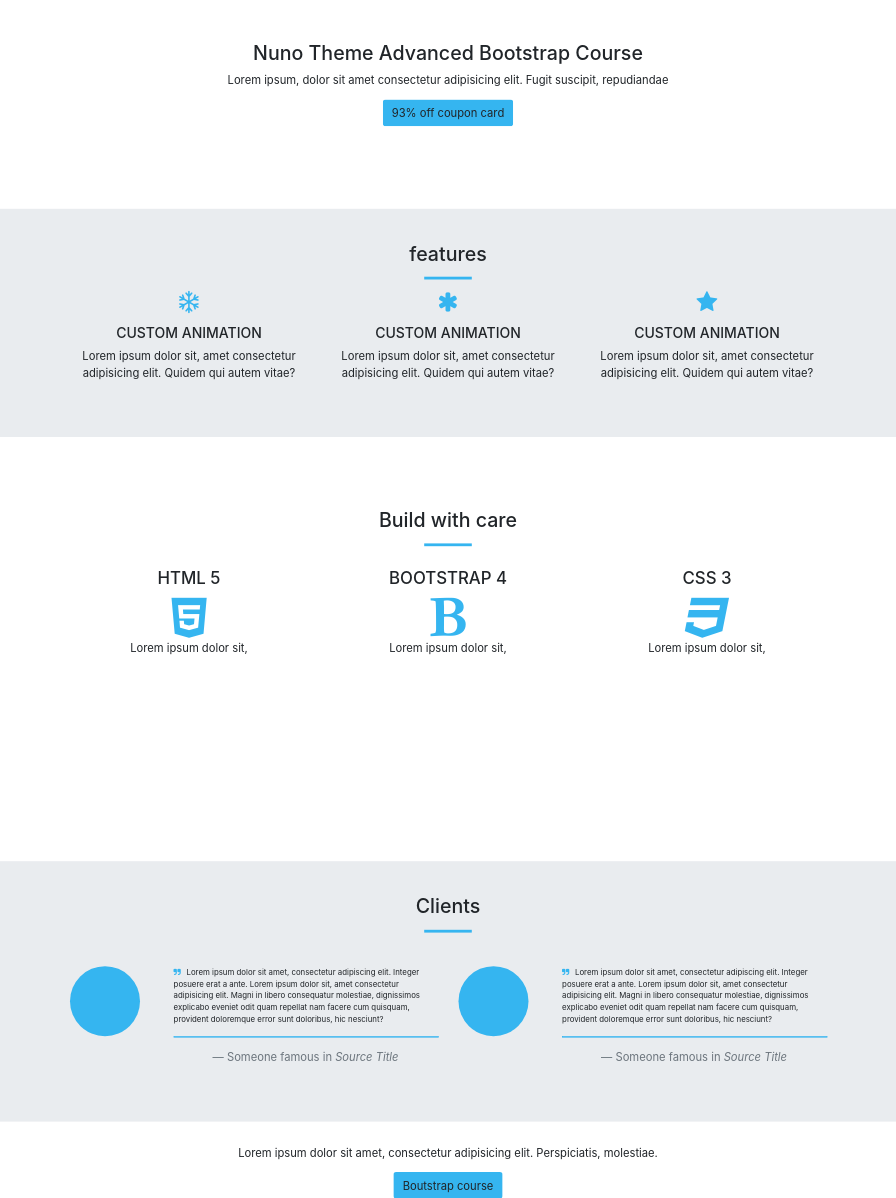
Repository: Mietlicha/bootstrap_template_exercise
Page: index.html
These files come from the project's save history. The page is drawn as it stood at one moment and after the next save; the edit follows.
The browser window is 1280 px wide. The pictures show the part of the page from y = 706 to 2626 px (the page is 2418 px tall before and 2626 px after), at 70% of full size.

Above is the page before, as saved 2019-11-19 23:25:45.

### index.html
<!DOCTYPE html>
<html lang="en">

<head>
    <meta charset="UTF-8">
    <meta name="viewport" content="width=device-width, initial-scale=1.0">
    <meta http-equiv="X-UA-Compatible" content="ie=edge">
    <title>Bootstrap template</title>
    <link rel="stylesheet" href="https://stackpath.bootstrapcdn.com/bootstrap/4.3.1/css/bootstrap.min.css"
        integrity="sha384-ggOyR0iXCbMQv3Xipma34MD+dH/1fQ784/j6cY/iJTQUOhcWr7x9JvoRxT2MZw1T" crossorigin="anonymous">
    <link rel="stylesheet" href="style.css">
    <link rel="stylesheet" href="https://cdnjs.cloudflare.com/ajax/libs/font-awesome/4.7.0/css/font-awesome.min.css">
</head>

<body data-spy="scroll" data-target="#main-nav">
    <!--------------------nav/home-------------------------------------------------------------------->
    <nav id="main-nav" class="navbar navbar-expand-md navbar-dark bg-dark font-weight-bold fixed-top">
        <a class="navbar-brand" href="#"><i class="fa fa-grav mr-2" aria-hidden="true"></i>Nuno</a>
        <button class="navbar-toggler" type="button" data-toggle="collapse" data-target="#navbarSupportedContent"
            aria-controls="navbarSupportedContent" aria-expanded="false" aria-label="Toggle navigation">
            <span class="navbar-toggler-icon"></span>
        </button>

        <div class="collapse navbar-collapse" id="navbarSupportedContent">
            <ul class="navbar-nav ml-auto">
                <li class="nav-item">
                    <a class="nav-link" href="#home">Home</a>
                </li>
                <li class="nav-item">
                    <a class="nav-link" href="#course">Course</a>
                </li>
                <li class="nav-item">
                    <a class="nav-link" href="#feature">Features</a>
                </li>
                <li class="nav-item">
                    <a class="nav-link" href="#resources">Resorses</a>
                </li>
                <li class="nav-item">
                    <a class="nav-link" href="#client">Client</a>
                </li>
                <li class="nav-item">
                    <a class="nav-link" href="#contact">Contact</a>
                </li>
        </div>
    </nav>
<!--------------------main----------------------------------------------------------------->
<main>
    <!--------------------home-------------------->
    <section id="home">
        <div class="home--landing-page">
        </div>
        <div class="home--caption">
            <h1>Welcome to Nuno</h1>
            <h3>Udemy bootstrap course</h3>
        </div>
    </section>

    <!--------------------corse-------------------->
    <section id="course" class="container text-center mt-5 mb-5">
        <header><h3>Nuno Theme Advanced Bootstrap Course</h3></header>
        <p>Lorem ipsum, dolor sit amet consectetur adipisicing elit. Fugit suscipit, repudiandae
        </p>
        <a href="#" class="btn btn-md" target="_blnk">93% off coupon card</a>
    </section>
    <!--------------------feature-------------------->
    <section id="feature">
            <div class="jumbotron jumbotron-fluid text-center pt-5">
                    <header><h3>features</h3></header>
                    <hr>
                    <div class="container d-md-flex">
                        <div class="feature-item col-md-4">
                            <i class="fa fa-snowflake-o" aria-hidden="true"></i>
                            <h5 class="pt-3">custom animation</h5>
                            <p>Lorem ipsum dolor sit, amet consectetur adipisicing elit. Quidem qui autem vitae?</p>
                        </div>
                        <div class="feature-item col-md-4">
                                <i class="fa fa-asterisk" aria-hidden="true"></i>
                                <h5 class="pt-3">custom animation</h5>
                                <p>Lorem ipsum dolor sit, amet consectetur adipisicing elit. Quidem qui autem vitae?</p>
                        </div>
                        <div class="feature-item col-md-4">
                                <i class="fa fa-star" aria-hidden="true"></i>
                                <h5 class="pt-3">custom animation</h5>
                                <p>Lorem ipsum dolor sit, amet consectetur adipisicing elit. Quidem qui autem vitae?</p>
                        </div>
                    </div>
                  </div>
    </section>
    <!--------------------Resourses-------------------->
    <section id="resources">
                <header><h3 class="text-center">Build with care</h3></header>
                <hr>
                <div class="container d-md-flex text-center">
                    <div class="resources-item col-md-4">
                        <h5 class="pt-3">Html 5</h5>
                        <i class="fa fa-html5" aria-hidden="true"></i>
                        <p>Lorem ipsum dolor sit,</p>
                    </div>
                    <div class="resources-item col-md-4">
                            <h5 class="pt-3">Bootstrap 4</h5>
                            <i class="fa fa-bold" aria-hidden="true"></i>
                            <p>Lorem ipsum dolor sit,</p>
                     </div>
                     <div class="resources-item col-md-4">
                            <h5 class="pt-3">CSS 3</h5>
                            <i class="fa fa-css3" aria-hidden="true"></i>
                            <p>Lorem ipsum dolor sit,</p>
                    </div>
                </div>
    </section>
    <!--------------------Client-------------------->
    <section id="client">
        <section class="jumbotron jumbotron-fluid text-center pt-5">
            <header><h3>Clients</h3></header>
            <hr class="client__main-hr mb-5">
            <div class="container d-md-flex">
                <div class="client-item col-md-6 d-flex">
                    <div class="foto mr-5"></div>
                    <blockquote class="blockquote">
                        <p class="mb-0 text-left">Lorem ipsum dolor sit amet, consectetur adipiscing elit. Integer posuere erat a ante. Lorem ipsum dolor sit, amet consectetur adipisicing elit. Magni in libero consequatur molestiae, dignissimos explicabo eveniet odit quam repellat nam facere cum quisquam, provident doloremque error sunt doloribus, hic nesciunt?</p>
                        <hr class="client__blockquote-hr text-left">
                        <footer class="blockquote-footer">Someone famous in <cite title="Source Title">Source Title</cite></footer>
                    </blockquote>
                </div>
                <div class="client-item col-md-6 d-flex mt-4 mt-md-0">
                    <div class="foto mr-5"></div>
                    <blockquote class="blockquote">
                        <p class="mb-0 text-left">Lorem ipsum dolor sit amet, consectetur adipiscing elit. Integer posuere erat a ante. Lorem ipsum dolor sit, amet consectetur adipisicing elit. Magni in libero consequatur molestiae, dignissimos explicabo eveniet odit quam repellat nam facere cum quisquam, provident doloremque error sunt doloribus, hic nesciunt?</p>
                        <hr class="client__blockquote-hr text-left">
                        <footer class="blockquote-footer">Someone famous in <cite title="Source Title">Source Title</cite></footer>
                    </blockquote>
                </div>
            </div>
        </section>
        <aside class="text-center">
            <p>Lorem ipsum dolor sit amet, consectetur adipisicing elit. Perspiciatis, molestiae.</p>
            <a href="#" class="btn btn-md" target="_blnk">Boutstrap course</a>
        </aside>
    </section>
    <!--------------------footer-------------------->
    <footer id="contact">

    </footer>
</main>

    <script src="https://code.jquery.com/jquery-3.3.1.slim.min.js"
        integrity="sha384-q8i/X+965DzO0rT7abK41JStQIAqVgRVzpbzo5smXKp4YfRvH+8abtTE1Pi6jizo"
        crossorigin="anonymous"></script>
    <script src="https://cdnjs.cloudflare.com/ajax/libs/popper.js/1.14.7/umd/popper.min.js"
        integrity="sha384-UO2eT0CpHqdSJQ6hJty5KVphtPhzWj9WO1clHTMGa3JDZwrnQq4sF86dIHNDz0W1"
        crossorigin="anonymous"></script>
    <script src="https://stackpath.bootstrapcdn.com/bootstrap/4.3.1/js/bootstrap.min.js"
        integrity="sha384-JjSmVgyd0p3pXB1rRibZUAYoIIy6OrQ6VrjIEaFf/nJGzIxFDsf4x0xIM+B07jRM"
        crossorigin="anonymous"></script>
</body>

</html>

### style.css
:root{
--main-colour: rgb(53, 181, 240);
font-size: 14px;
}

body{
    position: relative;
}

section:not(#home){
    padding-top: 70px;
}

/************************NAV******************************************/
.bg-dark {
    background-color: #0a0a0a60!important;
}

.navbar-dark .navbar-nav .nav-link:hover{
    color: rgb(255, 255, 255);
}

.nav-link{
    padding: 0 7rem;
}

#main-nav {
text-transform: uppercase;
}

#main-nav .navbar-brand{
    font-size: 1.5rem;
}

#main-nav .navbar-brand i{
    color: var(--main-colour);
}

.navbar-dark .navbar-nav .nav-link.active{
    color: var(--main-colour);
    font-weight: bold;
}

.navbar-dark .navbar-nav .nav-link{
    padding-top: .9rem;
}

/************************Home******************************************/
#home{
    position: relative;
}

.home--landing-page{
    background: linear-gradient(rgba(0, 0, 0, 0.534), rgba(0, 0, 0, 0.534)), url(img/tlo.jpg) center/cover no-repeat;
    width: 100vw;
    height: 90vh;
}

.home--caption{
    width: 100%;
    position: absolute;
    top: 40%;
    z-index: 3;
    text-align: center;
    color: #fff;
    text-transform: uppercase;
}

.home--caption h1{
    font-size: 4rem;
}

.home--caption h1::first-letter, .home--caption h3::first-letter{
    color: var(--main-colour);
}

/************************Course******************************************/
#course .btn{
    background-color: var(--main-colour);
}

/************************Feature******************************************/
#feature hr{
    width: 5%;
    border: 2px solid var(--main-colour);
}

#feature i{
    color: var(--main-colour);
    font-size: 2rem;
}

#feature .feature-item h5{
    text-transform: uppercase;
}

/************************Resources******************************************/
#resources{
min-height: 70vh;
}

#resources h5{
    font-size: 1.5rem;
    text-transform: uppercase;
}

#resources i{
    color: var(--main-colour);
    font-size: 4rem;
}

#resources hr{
    width: 5%;
    border: 2px solid var(--main-colour);
}

/************************Clients******************************************/
.client__main-hr{
    width: 5%;
    border: 2px solid var(--main-colour);
}

#client .foto{
    min-width: 100px;
    min-height: 100px;
    max-width: 100px;
    max-height: 100px;
    border-radius: 50%;
    background-color: var(--main-colour);
}

#client blockquote p::before{
    content: "\f10e ";
    font-family: FontAwesome;
    color: var(--main-colour);
    padding-right: 0.5rem;
}

.client__blockquote-hr{
    border: 0.5px solid var(--main-colour);
    width: 100%;
}


#client blockquote p{
    font-size: 0.7rem;
}

#client .btn {
    background-color: var(--main-colour);
}

@media (min-width: 500px){
    :root{
        font-size: 16px;
    }
    }

    @media (min-width: 768px){
    .navbar-expand-md .navbar-nav .nav-link {
        padding-right: .9rem;
        padding-left: .9rem;
        padding-top: 0;
    }
    }

After the next save:
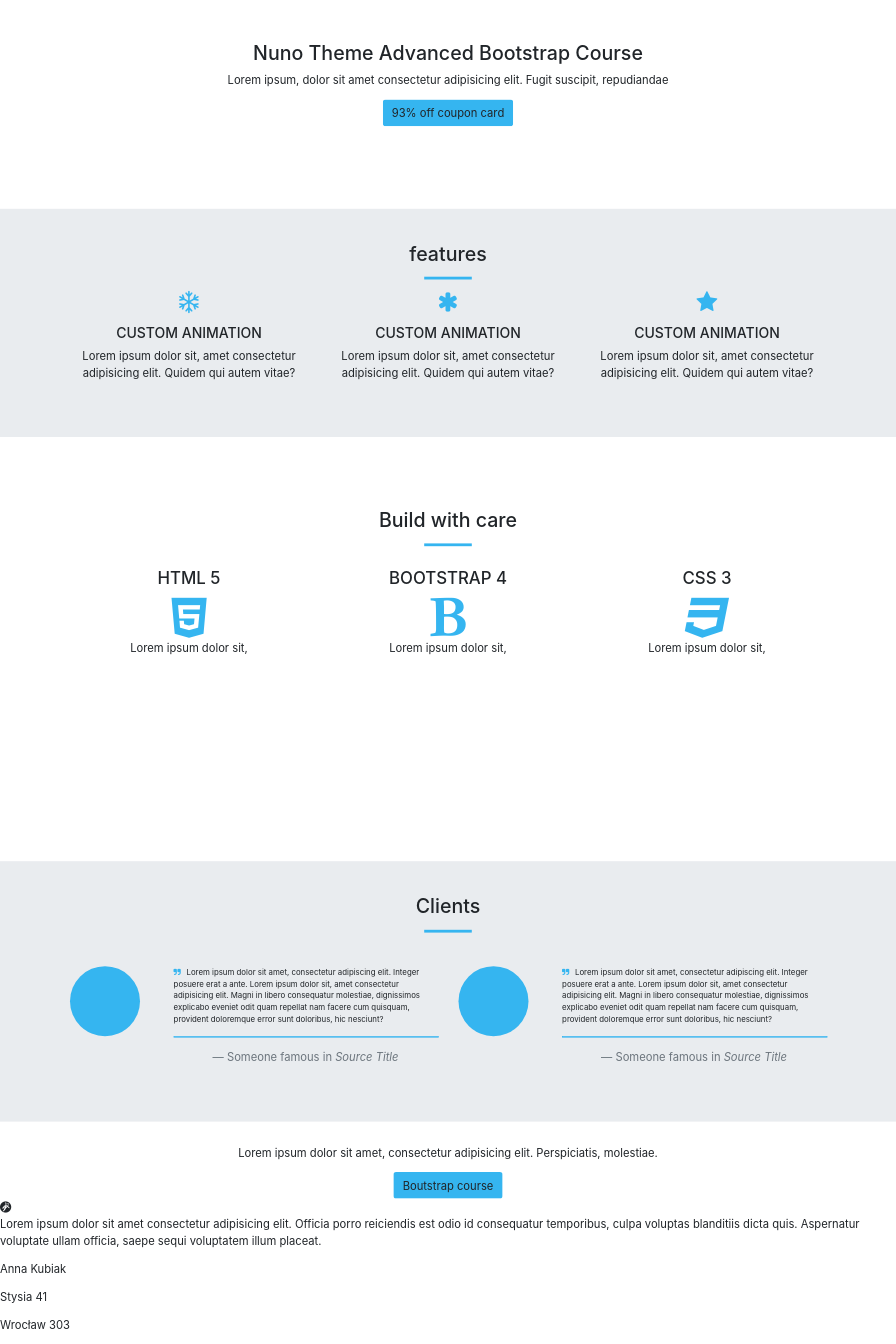
Saved 4 min 3 s later.
--- a/index.html
+++ b/index.html
@@ -139,7 +139,13 @@
     </section>
     <!--------------------footer-------------------->
     <footer id="contact">
-
+        <i class="fa fa-grav mr-2" aria-hidden="true"></i>
+        <p>Lorem ipsum dolor sit amet consectetur adipisicing elit. Officia porro reiciendis est odio id consequatur temporibus, culpa voluptas blanditiis dicta quis. Aspernatur voluptate ullam officia, saepe sequi voluptatem illum placeat.</p>
+        <address>
+            <p>Anna Kubiak</p>
+            <p>Stysia 41</p>
+            <p>Wrocław 303</p>
+        </address>
     </footer>
 </main>
 
